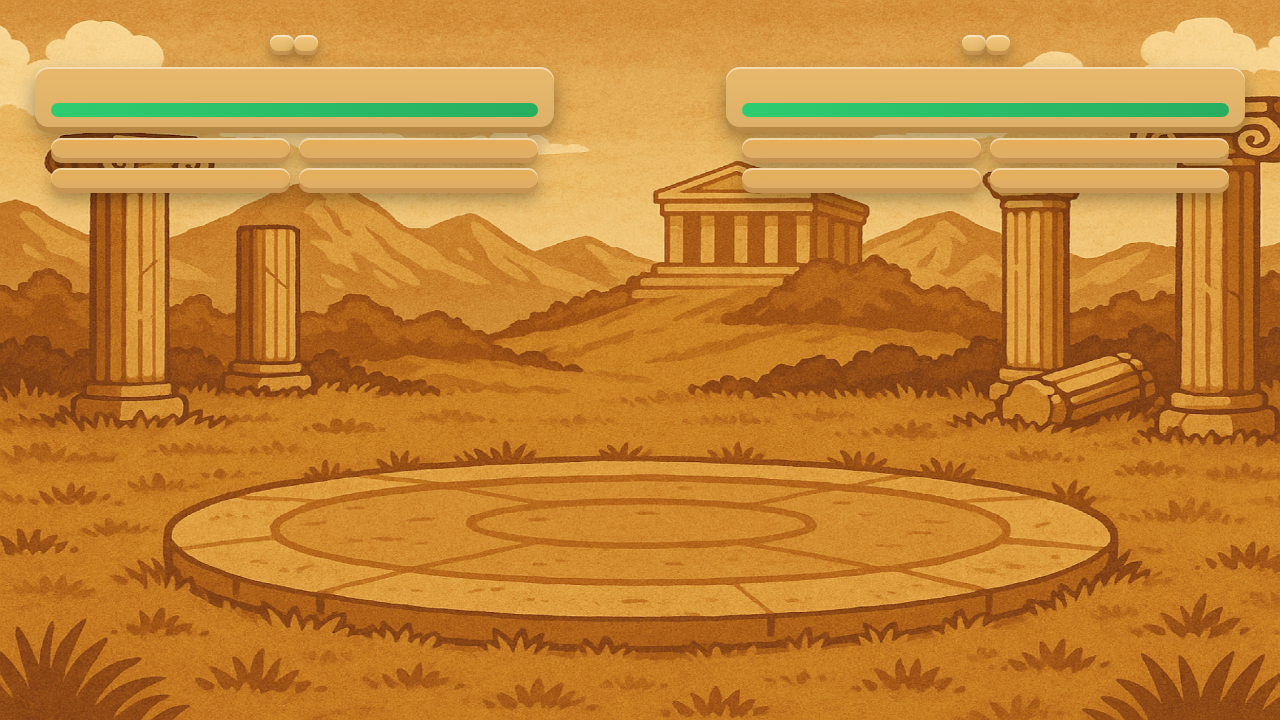
Repository: brianabariteau/Web-1-Final-Project-2025
Page: features/game/game.html
These files come from the project's save history. The page is drawn as it stood at one moment and after the next save; the edit follows.
The browser window is 1280 px wide. The pictures show the whole page.
Some web fonts or font styles are not loaded; a fallback is used.

Above is the page before, as saved 2025-12-23 18:51:29.

After the next save:
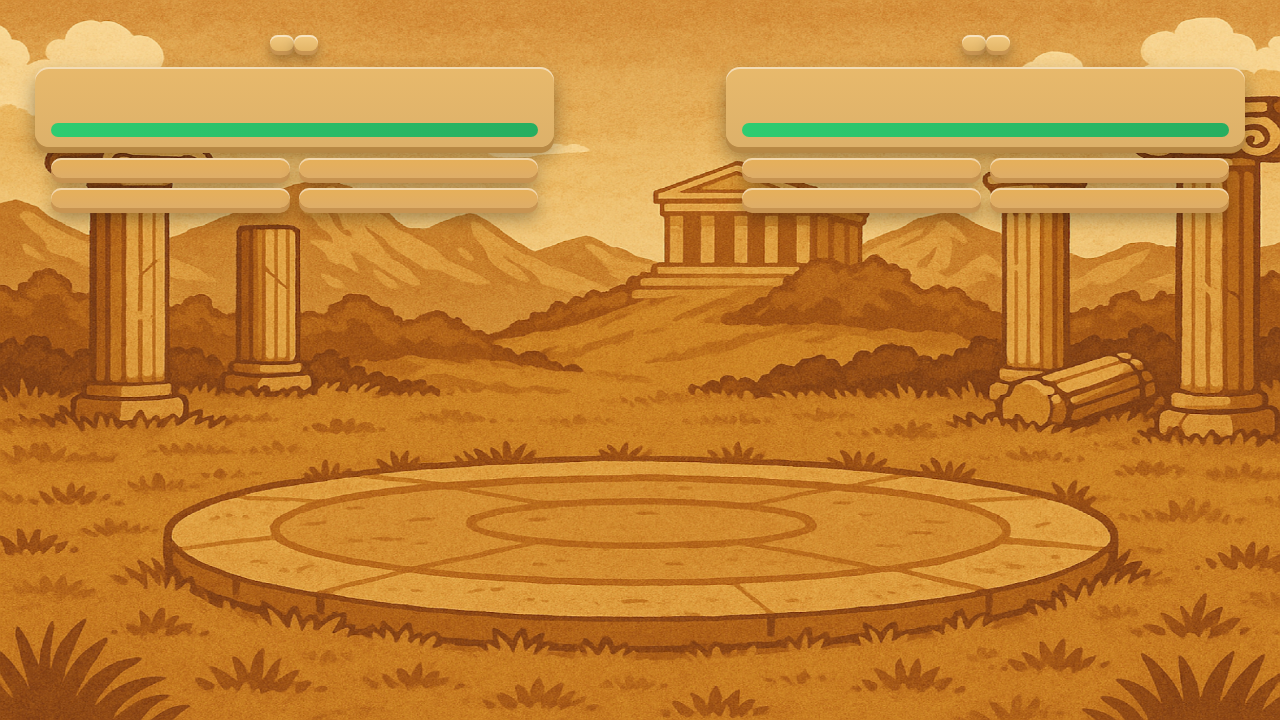
Saved 7 s later.
--- a/features/game/game.css
+++ b/features/game/game.css
@@ -102,7 +102,7 @@
 .player2-name-text {
   display: flex;
   justify-content: center;
-  padding: 10px 10px 10px 10px;
+  padding: 20px 20px 20px 20px;
 }
 
 /* Actual HP fill */

After the 6 saves that followed:
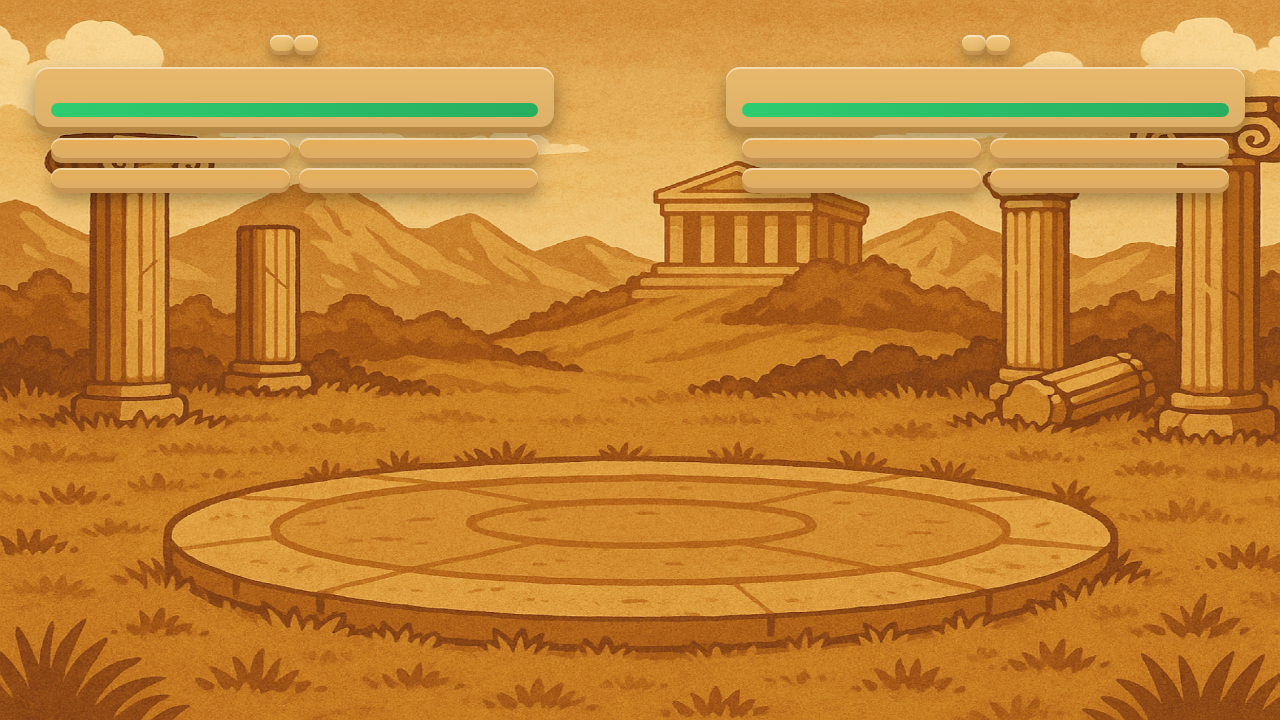
The 6 saves are shown as one change because 4 left the picture as it was and some came seconds apart.
The last was saved 59 s later.
--- a/features/game/game.css
+++ b/features/game/game.css
@@ -84,7 +84,7 @@
   color: #6b3f18;
   text-shadow: 1px 1px #f3d8a8;
 
-  font-size: 1.6rem;
+  font-size: 3rem;
   letter-spacing: 2px;
 }
 
@@ -102,7 +102,7 @@
 .player2-name-text {
   display: flex;
   justify-content: center;
-  padding: 20px 20px 20px 20px;
+  padding: 20px 20px 0px 20px;
 }
 
 /* Actual HP fill */
